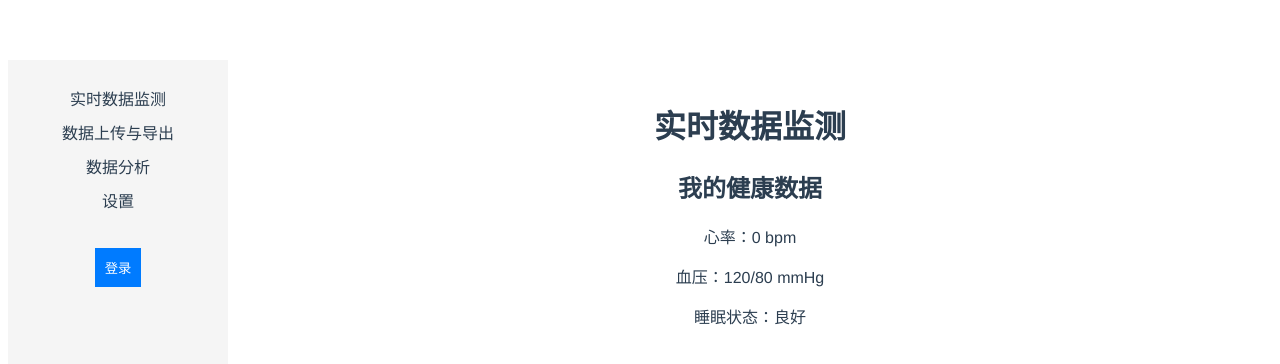
Repository: hyperion0831/The-management-of-IoT-data-sharing-based-on-blockchain
Page: / (app in Dz/frontend/)
The author's editor kept a copy of each file at every save. The page is drawn from the files as they stood at one save, then again after the next save.
The browser window is 1280 px wide. The pictures show the whole page.
The project was rebuilt for these pictures with package versions that can differ from the ones it lists, and the page was loaded fresh each time. Also part of the build but not shown: Dz/frontend/vue.config.js, Dz/frontend/src/components/dashboard/DataUploadAndExport.vue, Dz/frontend/src/components/dashboard/DataAnalysis.vue, Dz/frontend/src/components/dashboard/AppSettings.vue, Dz/frontend/src/components/dashboard/AppLogin.vue.

Above is the page before, as saved 2024-11-03 18:15:09.

After the next save:
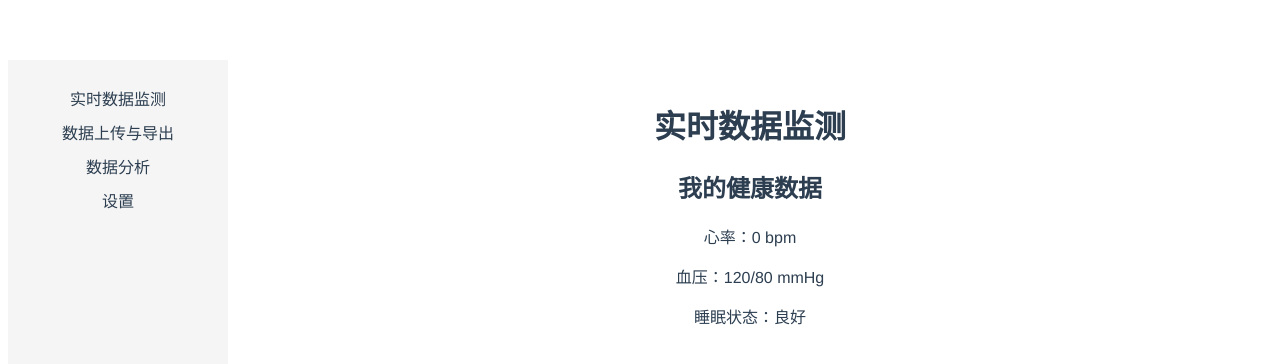
Saved 84 s later.
--- a/Dz/frontend/src/components/DataDashBoard.vue
+++ b/Dz/frontend/src/components/DataDashBoard.vue
@@ -8,8 +8,6 @@
         <li @click="selectModule('DataAnalysis')">数据分析</li>
         <li @click="selectModule('AppSettings')">设置</li>
       </ul>
-      <button class="login-button" @click="goToLogin">登录</button> <!-- 添加登录按钮 -->
-
     </div>
 
     <!-- 主内容区域 -->
